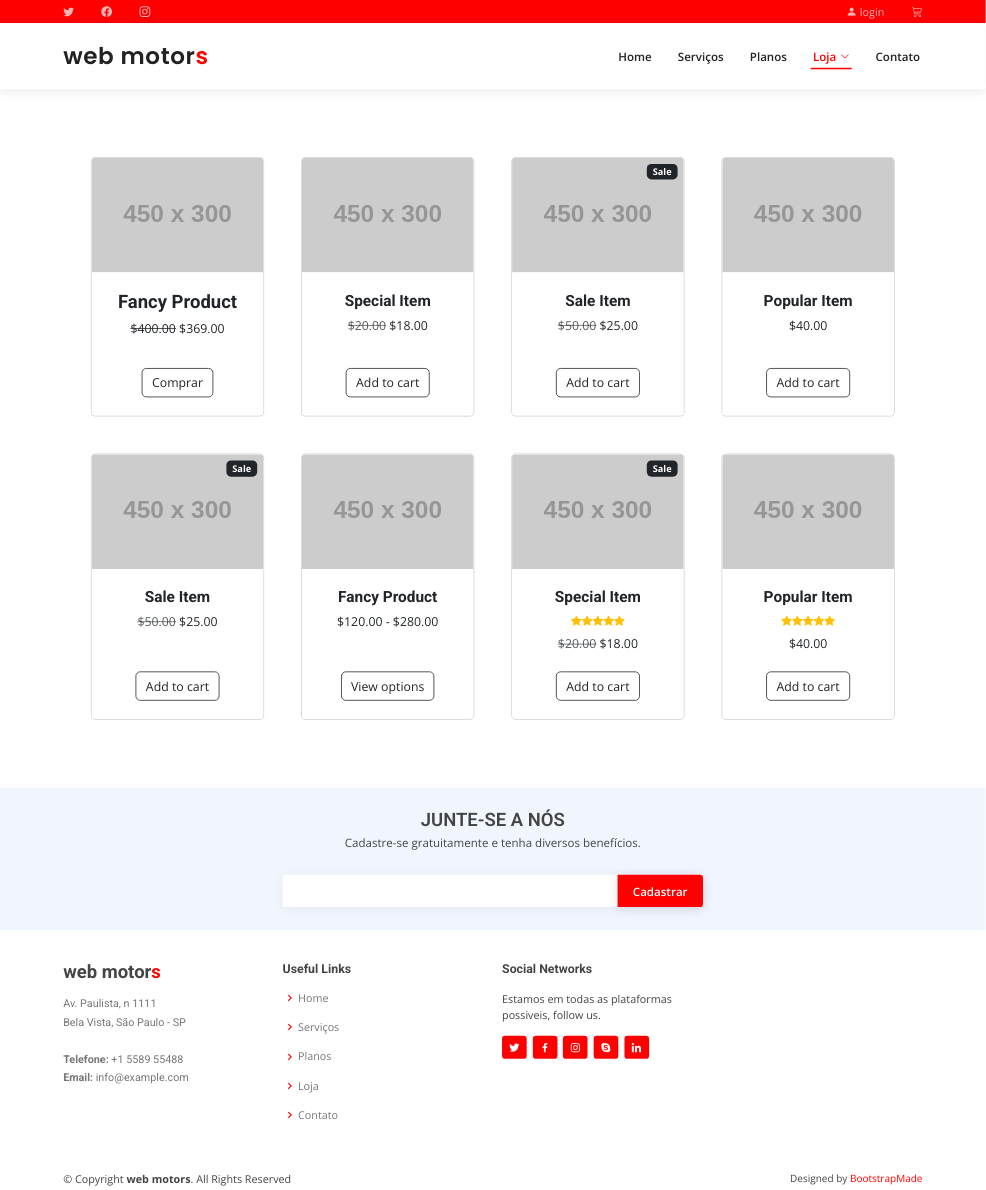
Repository: 01nethy/WebMotors
Page: produtos.html
These files come from the project's save history. The page is drawn as it stood at one moment and after the next save; the edit follows.
The browser window is 1280 px wide. The pictures show the whole page, at 77% of full size.

Above is the page before, as saved 2023-12-08 15:06:10.

### produtos.html
<!DOCTYPE html>
<html lang="pt-BR">

<head>
  <meta charset="utf-8">
  <meta content="width=device-width, initial-scale=1.0" name="viewport">

  <title>Produtos Automotivos - Web Motors</title>
  <meta content="" name="description">
  <meta content="" name="keywords">

  <!-- Favicons -->
  <link href="assets/img/favicon.png" rel="icon">
  <link href="assets/img/apple-touch-icon.png" rel="apple-touch-icon">

  <!-- Google Fonts -->
  <link
    href="https://fonts.googleapis.com/css?family=Open+Sans:300,300i,400,400i,600,600i,700,700i|Roboto:300,300i,400,400i,500,500i,600,600i,700,700i|Poppins:300,300i,400,400i,500,500i,600,600i,700,700i"
    rel="stylesheet">

  <!-- Vendor CSS Files -->
  <link href="assets/vendor/aos/aos.css" rel="stylesheet">
  <link href="assets/vendor/bootstrap/css/bootstrap.min.css" rel="stylesheet">
  <link href="assets/vendor/bootstrap-icons/bootstrap-icons.css" rel="stylesheet">
  <link href="assets/vendor/boxicons/css/boxicons.min.css" rel="stylesheet">
  <link href="assets/vendor/glightbox/css/glightbox.min.css" rel="stylesheet">
  <link href="assets/vendor/swiper/swiper-bundle.min.css" rel="stylesheet">

  <!-- Template Main CSS File -->
  <link href="assets/css/style.css" rel="stylesheet">

  <!-- =======================================================
  * Template Name: BizLand
  * Updated: Jul 27 2023 with Bootstrap v5.3.1
  * Template URL: https://bootstrapmade.com/bizland-bootstrap-business-template/
  * Author: BootstrapMade.com
  * License: https://bootstrapmade.com/license/
  ======================================================== -->
</head>

<body>
 <!-- ======= Top Bar ======= -->
 <section id="topbar" class="d-flex align-items-center">
  <div id="topajust" class="container d-flex">
    <div class="social-links col-6 ">
      <a href="#" class="twitter m-0"><i class="bi bi-twitter"></i></a>
      <a href="#" class="facebook"><i class="bi bi-facebook"></i></a>
      <a href="#" class="instagram"><i class="bi bi-instagram"></i></a>
      <!-- <a href="#" class="linkedin"><i class="bi bi-linkedin"></i></i></a> -->
    </div>
    <div class="social-links col-6 text-end">
      <a href="login.html"><i class="bi bi-person-fill"></i> login </a>
      <a href="cart.html"> <i class="bi bi-cart3"></i></a>
    </div>
  </div>
</section>

  <!-- ======= Header nav ======= -->
  <header id="header" class="d-flex">
    <div class="container d-flex align-items-center justify-content-between"">
      <h1 class=" logo"><a href="index.html">web motor<span>s</span></a></h1>
      <nav id="navbar" class="nav navbar justify-content-end">
        <ul>
          <li><a class="nav-link scrollto" href="index.html">Home</a></li>
          <!-- <li><a class="nav-link scrollto" href="#about">Mecanica</a></li>-->
          <li><a class="nav-link scrollto" href="index.html #services">Serviços</a></li>
          <!-- <li><a class="nav-link scrollto " href="#portfolio">Aditivo</a></li>-->
          <li><a class="nav-link scrollto" href="index.html #pricing">Planos</a></li>
          <li class="dropdown"><a class="active" href="produtos.html"><span>Loja</span> <i class="bi bi-chevron-down"></i></a>
            <ul>
              <li><a href="#">Aditivos</a></li>
              <!-- <li class="dropdown"><a href="#"><span>Deep Drop Down</span> <i class="bi bi-chevron-right"></i></a>
                <ul>
                  <li><a href="#">Deep Drop Down 1</a></li>
                  <li><a href="#">Deep Drop Down 2</a></li>
                  <li><a href="#">Deep Drop Down 3</a></li>
                  <li><a href="#">Deep Drop Down 4</a></li>
                  <li><a href="#">Deep Drop Down 5</a></li>
                </ul>
              </li> -->
              <li><a href="#">Borracha</a></li>
              <li><a href="#">Pneus</a></li>
            </ul>
          </li>
          <li><a class="nav-link scrollto" href="index.html #contact">Contato</a></li>
        </ul>
        <i class="bi bi-list mobile-nav-toggle"></i>
      </nav><!-- .navbar -->
    </div>
  </header>

  <main id="main" data-aos="fade-up">
    <section class="inner-page">
      <div class="container px-4 px-lg-5 mt-5">
        <div class="row gx-4 gx-lg-5 row-cols-2 row-cols-md-3 row-cols-xl-4 justify-content-center">
          <div class="col mb-5">
            <div class="card h-100">
              <img class="card-img-top" src="https://dummyimage.com/450x300/dee2e6/6c757d.jpg" alt="..." />
              <div class="p-4">
              <div class="text-center">
                <!-- Product name-->
                <h4 class="fw-bolder">Fancy Product</h4>
                <p class="">
                  <strike>$400.00</strike> <span>$369.00</span>
                </p>
              </div>
            </div>
              <div class="card-footer p-4 pt-0 border-top-0 bg-transparent">
                <div class="text-center"><a class="btn btn-outline-dark mt-auto" href="#">Comprar</a>
                </div>
              </div>
            </div>
          </div>
          <div class="col mb-5">
            <div class="card h-100">
              <img class="card-img-top" src="https://dummyimage.com/450x300/dee2e6/6c757d.jpg" alt="..." />
              <!-- Product details-->
              <div class="card-body p-4">
                <div class="text-center">
                  <!-- Product name-->
                  <h5 class="fw-bolder">Special Item</h5>
                  <span class="text-muted text-decoration-line-through">$20.00</span>
                  $18.00
                </div>
              </div>
              <!-- Product actions-->
              <div class="card-footer p-4 pt-0 border-top-0 bg-transparent">
                <div class="text-center"><a class="btn btn-outline-dark mt-auto" href="#">Add to cart</a></div>
              </div>
            </div>
          </div>
          <div class="col mb-5">
            <div class="card h-100">
              <!-- Sale badge-->
              <div class="badge bg-dark text-white position-absolute" style="top: 0.5rem; right: 0.5rem">Sale</div>
              <!-- Product image-->
              <img class="card-img-top" src="https://dummyimage.com/450x300/dee2e6/6c757d.jpg" alt="..." />
              <!-- Product details-->
              <div class="card-body p-4">
                <div class="text-center">
                  <!-- Product name-->
                  <h5 class="fw-bolder">Sale Item</h5>
                  <!-- Product price-->
                  <span class="text-muted text-decoration-line-through">$50.00</span>
                  $25.00
                </div>
              </div>
              <!-- Product actions-->
              <div class="card-footer p-4 pt-0 border-top-0 bg-transparent">
                <div class="text-center"><a class="btn btn-outline-dark mt-auto" href="#">Add to cart</a></div>
              </div>
            </div>
          </div>
          <div class="col mb-5">
            <div class="card h-100">
              <!-- Product image-->
              <img class="card-img-top" src="https://dummyimage.com/450x300/dee2e6/6c757d.jpg" alt="..." />
              <!-- Product details-->
              <div class="card-body p-4">
                <div class="text-center">
                  <!-- Product name-->
                  <h5 class="fw-bolder">Popular Item</h5>
                  <!-- Product price-->
                  $40.00
                </div>
              </div>
              <!-- Product actions-->
              <div class="card-footer p-4 pt-0 border-top-0 bg-transparent">
                <div class="text-center"><a class="btn btn-outline-dark mt-auto" href="#">Add to cart</a></div>
              </div>
            </div>
          </div>
          <div class="col mb-5">
            <div class="card h-100">
              <!-- Sale badge-->
              <div class="badge bg-dark text-white position-absolute" style="top: 0.5rem; right: 0.5rem">Sale</div>
              <!-- Product image-->
              <img class="card-img-top" src="https://dummyimage.com/450x300/dee2e6/6c757d.jpg" alt="..." />
              <!-- Product details-->
              <div class="card-body p-4">
                <div class="text-center">
                  <!-- Product name-->
                  <h5 class="fw-bolder">Sale Item</h5>
                  <!-- Product price-->
                  <span class="text-muted text-decoration-line-through">$50.00</span>
                  $25.00
                </div>
              </div>
              <!-- Product actions-->
              <div class="card-footer p-4 pt-0 border-top-0 bg-transparent">
                <div class="text-center"><a class="btn btn-outline-dark mt-auto" href="#">Add to cart</a></div>
              </div>
            </div>
          </div>
          <div class="col mb-5">
            <div class="card h-100">
              <!-- Product image-->
              <img class="card-img-top" src="https://dummyimage.com/450x300/dee2e6/6c757d.jpg" alt="..." />
              <!-- Product details-->
              <div class="card-body p-4">
                <div class="text-center">
                  <!-- Product name-->
                  <h5 class="fw-bolder">Fancy Product</h5>
                  <!-- Product price-->
                  $120.00 - $280.00
                </div>
              </div>
              <!-- Product actions-->
              <div class="card-footer p-4 pt-0 border-top-0 bg-transparent">
                <div class="text-center"><a class="btn btn-outline-dark mt-auto" href="#">View options</a></div>
              </div>
            </div>
          </div>
          <div class="col mb-5">
            <div class="card h-100">
              <!-- Sale badge-->
              <div class="badge bg-dark text-white position-absolute" style="top: 0.5rem; right: 0.5rem">Sale</div>
              <!-- Product image-->
              <img class="card-img-top" src="https://dummyimage.com/450x300/dee2e6/6c757d.jpg" alt="..." />
              <!-- Product details-->
              <div class="card-body p-4">
                <div class="text-center">
                  <!-- Product name-->
                  <h5 class="fw-bolder">Special Item</h5>
                  <!-- Product reviews-->
                  <div class="d-flex justify-content-center small text-warning mb-2">
                    <div class="bi-star-fill"></div>
                    <div class="bi-star-fill"></div>
                    <div class="bi-star-fill"></div>
                    <div class="bi-star-fill"></div>
                    <div class="bi-star-fill"></div>
                  </div>
                  <!-- Product price-->
                  <span class="text-muted text-decoration-line-through">$20.00</span>
                  $18.00
                </div>
              </div>
              <!-- Product actions-->
              <div class="card-footer p-4 pt-0 border-top-0 bg-transparent">
                <div class="text-center"><a class="btn btn-outline-dark mt-auto" href="#">Add to cart</a></div>
              </div>
            </div>
          </div>
          <div class="col mb-5">
            <div class="card h-100">
              <!-- Product image-->
              <img class="card-img-top" src="https://dummyimage.com/450x300/dee2e6/6c757d.jpg" alt="..." />
              <!-- Product details-->
              <div class="card-body p-4">
                <div class="text-center">
                  <!-- Product name-->
                  <h5 class="fw-bolder">Popular Item</h5>
                  <!-- Product reviews-->
                  <div class="d-flex justify-content-center small text-warning mb-2">
                    <div class="bi-star-fill"></div>
                    <div class="bi-star-fill"></div>
                    <div class="bi-star-fill"></div>
                    <div class="bi-star-fill"></div>
                    <div class="bi-star-fill"></div>
                  </div>
                  <!-- Product price-->
                  $40.00
                </div>
              </div>
              <!-- Product actions-->
              <div class="card-footer p-4 pt-0 border-top-0 bg-transparent">
                <div class="text-center"><a class="btn btn-outline-dark mt-auto" href="#">Add to cart</a></div>
              </div>
            </div>
          </div>
        </div>
      </div>
    </section>
  </main><!-- End #main -->

 <!-- ======= Footer ======= -->
 <footer id="footer">
  <div class="footer-newsletter">
    <div class="container">
      <div class="row justify-content-center">
        <div class="col-lg-6">
          <h4>JUNTE-SE A NÓS</h4>
          <p>Cadastre-se gratuitamente e tenha diversos benefícios.</p>
          <form action="" method="post">
            <input type="email" name="email"><input type="submit" value="Cadastrar">
          </form>
        </div>
      </div>
    </div>
  </div>
  <div class="footer-top">
    <div class="container">
      <div class="row">
        <div class="col-lg-3 col-md-6 footer-contact">
          <h3>web motor<span>s</span></h3>
          <p>
            Av. Paulista, n 1111 <br>
            Bela Vista, São Paulo - SP<br>
            <br>
            <strong>Telefone:</strong> +1 5589 55488<br>
            <strong>Email:</strong> info@example.com<br>
          </p>
        </div>
        <div class="col-lg-3 col-md-6 footer-links">
          <h4>Useful Links</h4>
          <ul>
            <li><i class="bx bx-chevron-right"></i> <a href="#">Home</a></li>
            <li><i class="bx bx-chevron-right"></i> <a href="#">Serviços</a></li>
            <li><i class="bx bx-chevron-right"></i> <a href="#">Planos</a></li>
            <li><i class="bx bx-chevron-right"></i> <a href="#">Loja</a></li>
            <li><i class="bx bx-chevron-right"></i> <a href="#">Contato</a></li>
          </ul>
        </div>
        <div class="col-lg-3 col-md-6 footer-links">
          <h4>Social Networks</h4>
          <p>Estamos em todas as plataformas possiveis,
            follow us.</p>
          <div class="social-links mt-3">
            <a href="#" class="twitter"><i class="bx bxl-twitter"></i></a>
            <a href="#" class="facebook"><i class="bx bxl-facebook"></i></a>
            <a href="#" class="instagram"><i class="bx bxl-instagram"></i></a>
            <a href="#" class="google-plus"><i class="bx bxl-skype"></i></a>
            <a href="#" class="linkedin"><i class="bx bxl-linkedin"></i></a>
          </div>
        </div>
      </div>
    </div>
  </div>
  <div class="container py-4">
    <div class="copyright">
      &copy; Copyright <strong><span>web motors</span></strong>. All Rights Reserved
    </div>
    <div class="credits">
      <!-- All the links in the footer should remain intact. -->
      <!-- You can delete the links only if you purchased the pro version. -->
      <!-- Licensing information: https://bootstrapmade.com/license/ -->
      <!-- Purchase the pro version with working PHP/AJAX contact form: https://bootstrapmade.com/web motors-bootstrap-business-template/ -->
      Designed by <a href="https://bootstrapmade.com/">BootstrapMade</a>
    </div>
  </div>
</footer>

  <div id="preloader"></div>
  <a href="#" class="back-to-top d-flex align-items-center justify-content-center"><i
      class="bi bi-arrow-up-short"></i></a>

  <!-- Vendor JS Files -->
  <script src="assets/vendor/purecounter/purecounter_vanilla.js"></script>
  <script src="assets/vendor/aos/aos.js"></script>
  <script src="assets/vendor/bootstrap/js/bootstrap.bundle.min.js"></script>
  <script src="assets/vendor/glightbox/js/glightbox.min.js"></script>
  <script src="assets/vendor/isotope-layout/isotope.pkgd.min.js"></script>
  <script src="assets/vendor/swiper/swiper-bundle.min.js"></script>
  <script src="assets/vendor/waypoints/noframework.waypoints.js"></script>
  <script src="assets/vendor/php-email-form/validate.js"></script>

  <!-- Template Main JS File -->
  <script src="assets/js/main.js"></script>
</body>
</html>

Loaded but not shown: assets/vendor/aos/aos.css (library); assets/vendor/bootstrap/css/bootstrap.min.css (library); assets/vendor/bootstrap-icons/bootstrap-icons.css (library); assets/vendor/boxicons/css/boxicons.min.css (library); assets/vendor/glightbox/css/glightbox.min.css (library); assets/vendor/swiper/swiper-bundle.min.css (library); assets/vendor/purecounter/purecounter_vanilla.js (library); assets/vendor/aos/aos.js (library); assets/vendor/bootstrap/js/bootstrap.bundle.min.js (library); assets/vendor/glightbox/js/glightbox.min.js (library); assets/vendor/isotope-layout/isotope.pkgd.min.js (library); assets/vendor/swiper/swiper-bundle.min.js (library); assets/vendor/waypoints/noframework.waypoints.js (library); assets/vendor/php-email-form/validate.js (common file); assets/js/main.js (289 lines, source omitted); assets/css/style.css (2222 lines, source omitted)

After the next save:
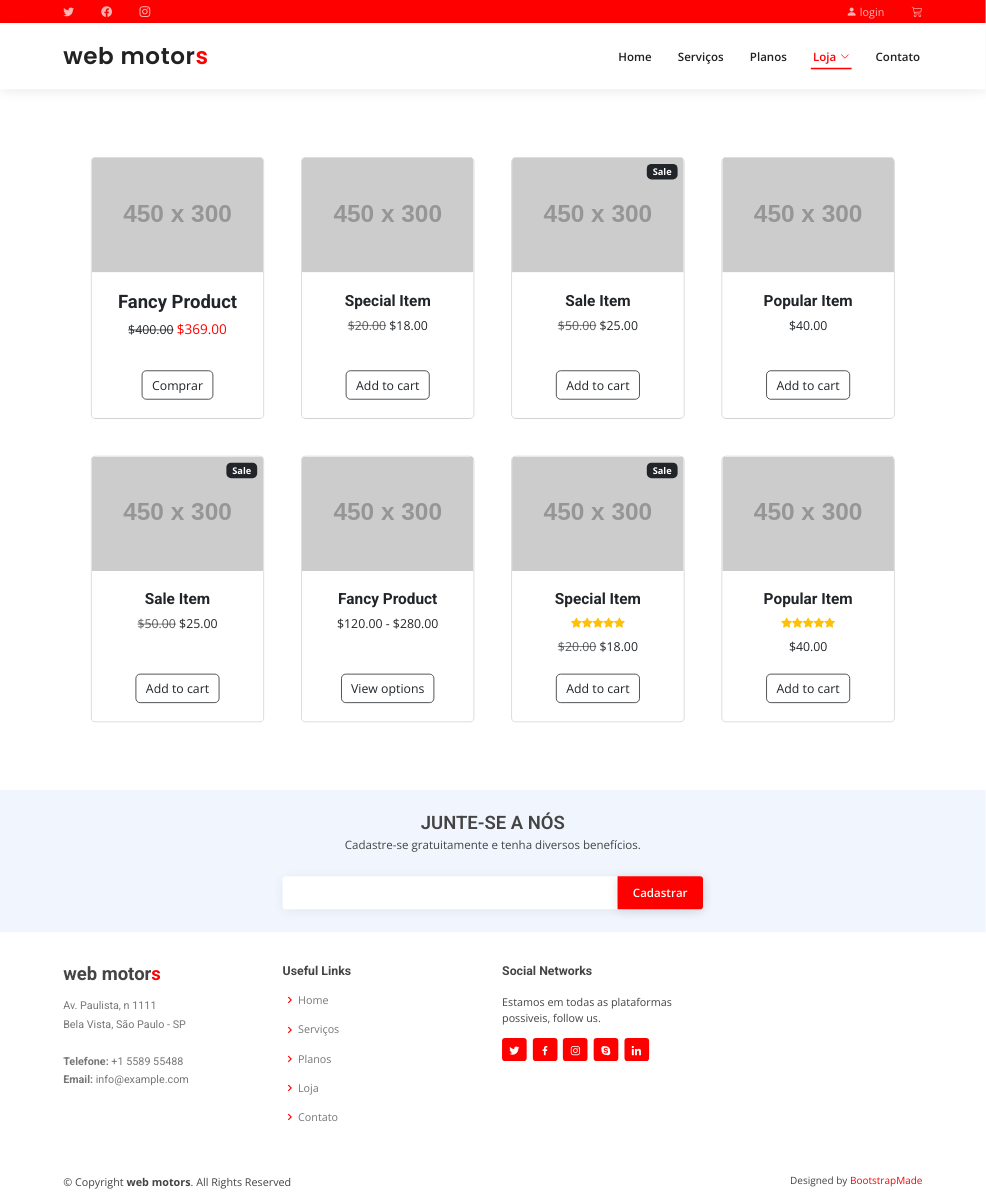
Saved 5 s later.
--- a/produtos.html
+++ b/produtos.html
@@ -100,7 +100,7 @@
               <div class="text-center">
                 <!-- Product name-->
                 <h4 class="fw-bolder">Fancy Product</h4>
-                <p class="">
+                <p class="item-price">
                   <strike>$400.00</strike> <span>$369.00</span>
                 </p>
               </div>
